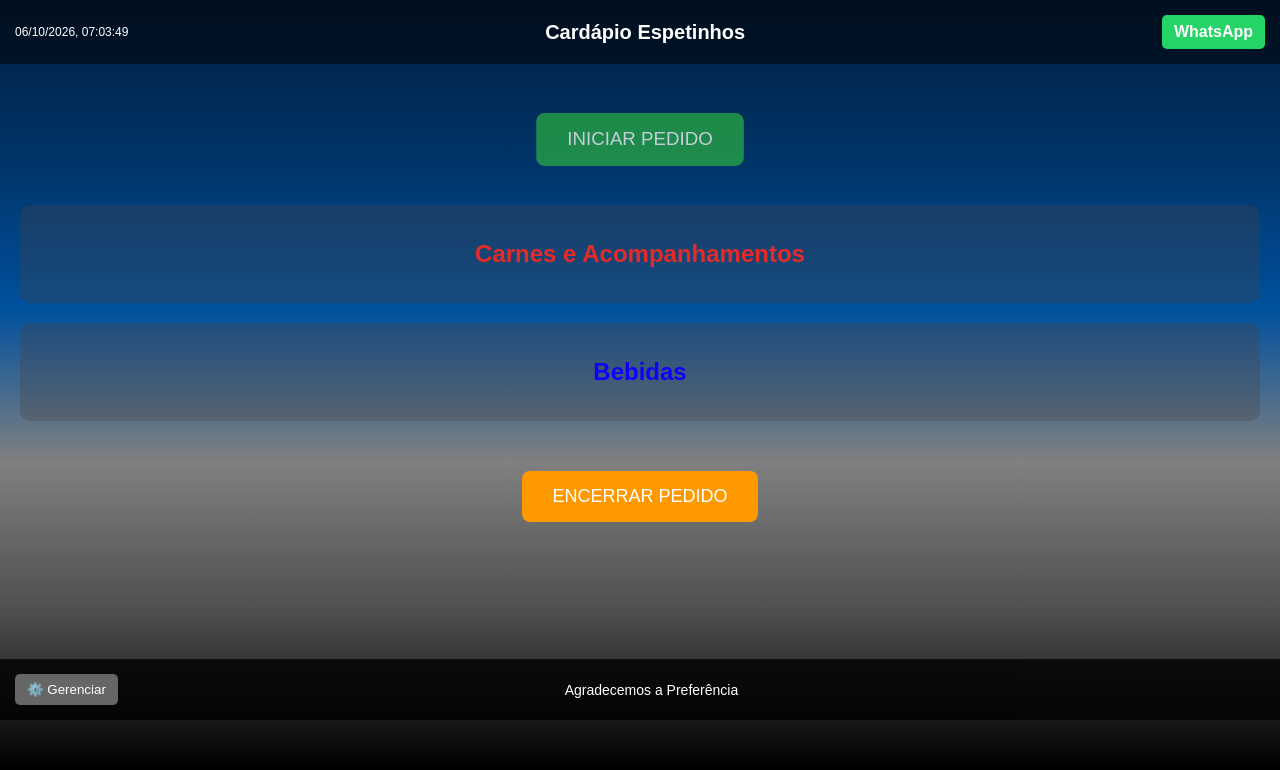
Repository: JeffRodFer/skewersOrder
Page: frontend/index.html
An editor plug-in stored every save of this project. The page is shown before and after a run of saves, followed by the edit.
The browser window is 1280 px wide. The pictures show the whole page.
The page's requests for data from a server got no answer.

Above is the page before, as saved 2026-10-19 00:18:06.

After the next 4 saves:
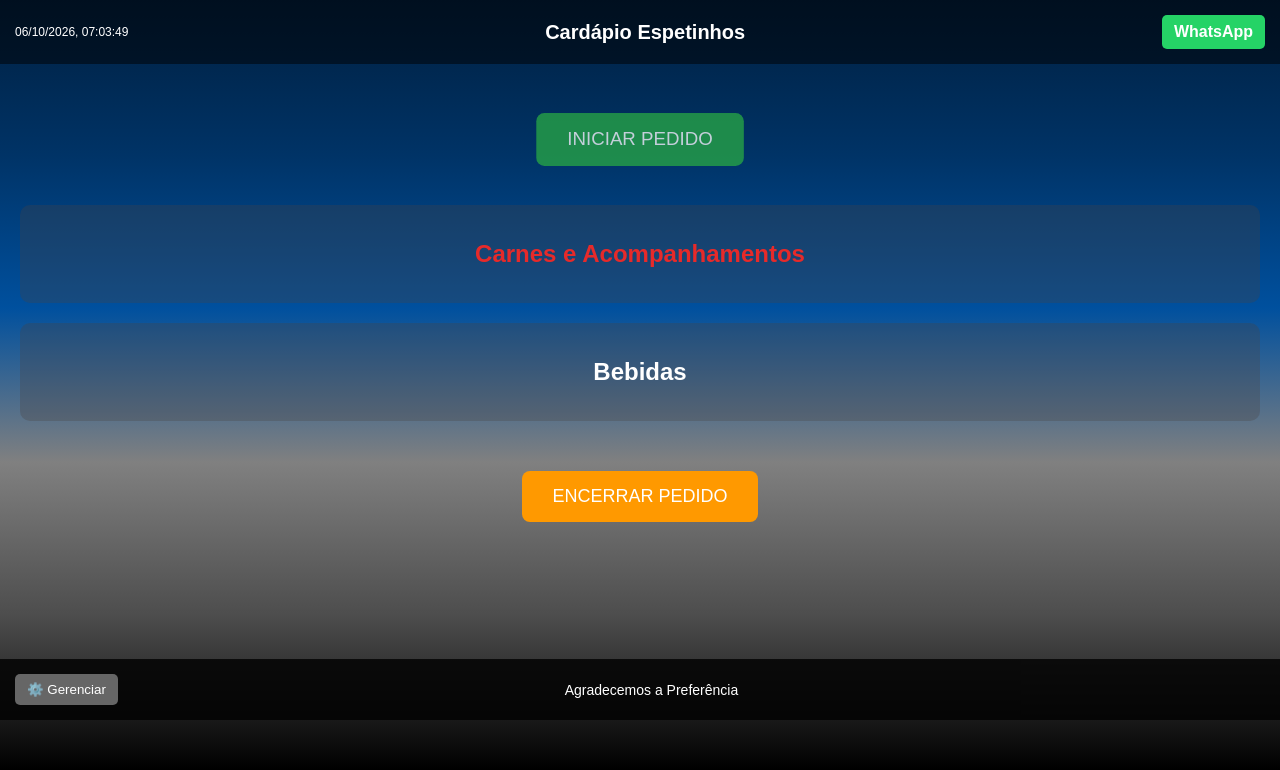
The 4 saves are shown as one change because they came seconds apart.
The last was saved 53 s later.
--- a/frontend/style.css
+++ b/frontend/style.css
@@ -122,7 +122,7 @@ header {
 }
 
 .titulo-bebidas {
-    color: #1100ff;
+    color: #ffffff;
     text-align: center;
 }
 
